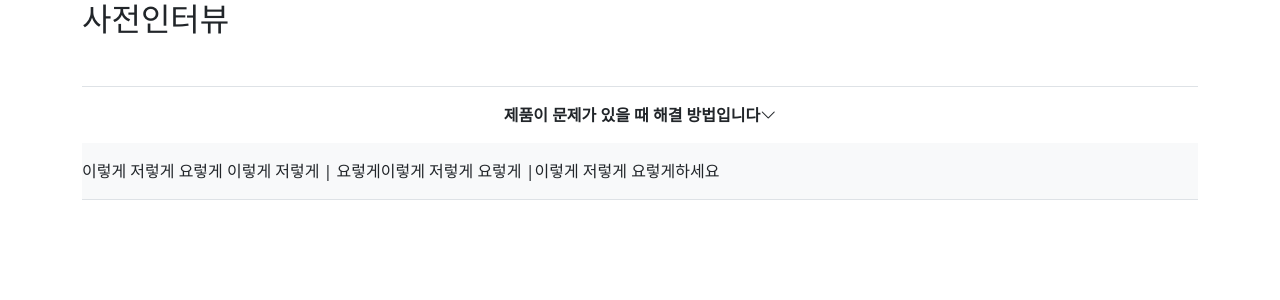
Repository: shin-eekk/js_study
Page: faq.html
The author's editor kept a copy of each file at every save. The page is drawn from the files as they stood at one save, then again after the next save.
The browser window is 1280 px wide. The pictures show the whole page.
The style sheet was rebuilt from its Sass, Less or Tailwind sources for each picture, by a compiler version that may differ from the author's.

Above is the page before, as saved 2025-03-12 10:45:51.

### faq.html
<!DOCTYPE html>
<html lang="en">
<head>
    <meta charset="UTF-8">
    <meta name="viewport" content="width=device-width, initial-scale=1.0">
    <title>Document</title>
    <link rel="stylesheet" href="https://cdn.jsdelivr.net/npm/reset-css@5.0.2/reset.min.css">
    <link href="https://cdn.jsdelivr.net/npm/bootstrap@5.3.3/dist/css/bootstrap.min.css" rel="stylesheet" integrity="sha384-QWTKZyjpPEjISv5WaRU9OFeRpok6YctnYmDr5pNlyT2bRjXh0JMhjY6hW+ALEwIH" crossorigin="anonymous">
    <link rel="stylesheet" href="https://cdn.jsdelivr.net/npm/bootstrap-icons@1.11.3/font/bootstrap-icons.min.css">
    <link rel="stylesheet" href="./scss/faq.min.css">
    <script src="./js/faq.js"></script>
</head>
<body>
    <section id="faq" class="section">
        <div class="container d-flex gap-5 flex-column justify-content-center">
            <h2>사전인터뷰</h2>
            <dl>
                <!-- <dt class="border-top py-3 d-flex justify-content-center">
                    <strong>타이틀</strong>
                    <i class="bi bi-chevron-down"></i>
                </dt>
                <dd class="border-bottom py-3 bg-light">내용</dd> -->
            </dl>

        </div>
    </section>
</body>
</html>

### js/faq.js
window.addEventListener("DOMContentLoaded",()=>{
    const faq = [
        {
        dt: "제품이 문제가 있을 때 해결 방법입니다",
        dd: "이렇게 저렇게 요렇게 이렇게 저렇게 | 요렇게이렇게 저렇게 요렇게 |이렇게 저렇게 요렇게하세요"
        },
        {
        dt: "배송에 문제가 생겼어요",
        dd: "이렇게 저렇게 요렇게 이렇게 저렇게 | 요렇게이렇게 저렇게 요렇게 |이렇게 저렇게 요렇게하세요"
        },
        {
        dt: "제품을 교환/환불하고 싶어요",
        dd: "이렇게 저렇게 요렇게 이렇게 저렇게 | 요렇게이렇게 저렇게 요렇게 |이렇게 저렇게 요렇게하세요"
        },
        {
        dt: "제품이 문제가 있을 때 해결 방법입니다",
        dd: "이렇게 저렇게 요렇게 이렇게 저렇게 | 요렇게이렇게 저렇게 요렇게 |이렇게 저렇게 요렇게하세요"
        },
        {
        dt: "제품이 문제가 있을 때 해결 방법입니다",
        dd: "이렇게 저렇게 요렇게 이렇게 저렇게 | 요렇게이렇게 저렇게 요렇게 |이렇게 저렇게 요렇게하세요"
        },
    ]
    let fqatag = `<dt class="border-top py-3 d-flex justify-content-center">
                    <strong>${faq[0].dt}</strong>
                    <i class="bi bi-chevron-down"></i>
                </dt>
                <dd class="border-bottom py-3 bg-light">${faq[0].dd}</dd>`;
    const fqadom = document.querySelector("#faq dl");
    fqadom.innerHTML = fqatag;
})

### scss/faq.scss
p, ul, li, dl, dt, dd, h1, h2, h3{
    margin: 0;
    padding: 0;
}

After the next save:
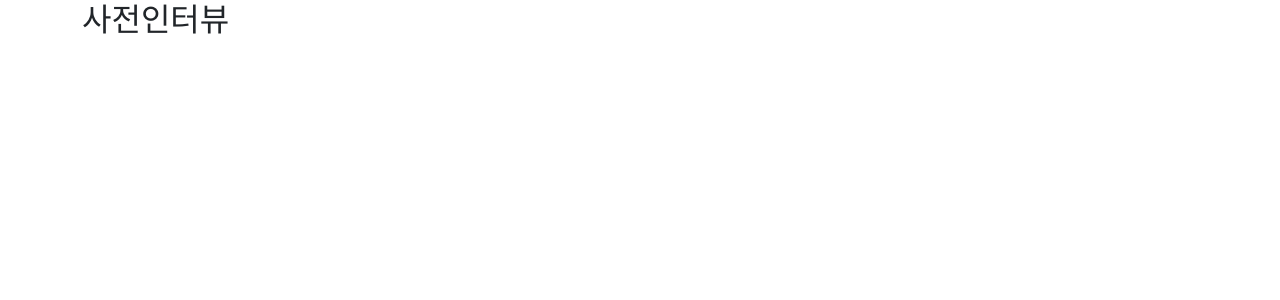
Console error: ReferenceError: faqdom is not defined
Saved 16 s later.
--- a/js/faq.js
+++ b/js/faq.js
@@ -27,5 +27,5 @@
                 </dt>
                 <dd class="border-bottom py-3 bg-light">${faq[0].dd}</dd>`;
     const fqadom = document.querySelector("#faq dl");
-    fqadom.innerHTML = fqatag;
+    faqdom.innerHTML = fqatag;
 })

After the 3 saves that followed:
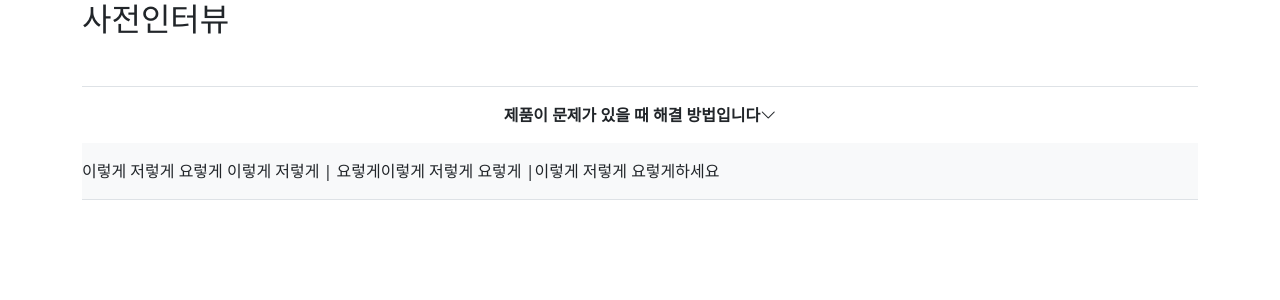
The error is gone.
The 3 saves are shown as one change because 1 left the picture as it was and some came seconds apart.
The last was saved 12 s later.
--- a/js/faq.js
+++ b/js/faq.js
@@ -21,11 +21,11 @@
         dd: "이렇게 저렇게 요렇게 이렇게 저렇게 | 요렇게이렇게 저렇게 요렇게 |이렇게 저렇게 요렇게하세요"
         },
     ]
-    let fqatag = `<dt class="border-top py-3 d-flex justify-content-center">
+    let faqtag = `<dt class="border-top py-3 d-flex justify-content-center">
                     <strong>${faq[0].dt}</strong>
                     <i class="bi bi-chevron-down"></i>
                 </dt>
                 <dd class="border-bottom py-3 bg-light">${faq[0].dd}</dd>`;
-    const fqadom = document.querySelector("#faq dl");
-    faqdom.innerHTML = fqatag;
+    const faqdom = document.querySelector("#faq dl");
+    faqdom.innerHTML = faqtag;
 })
